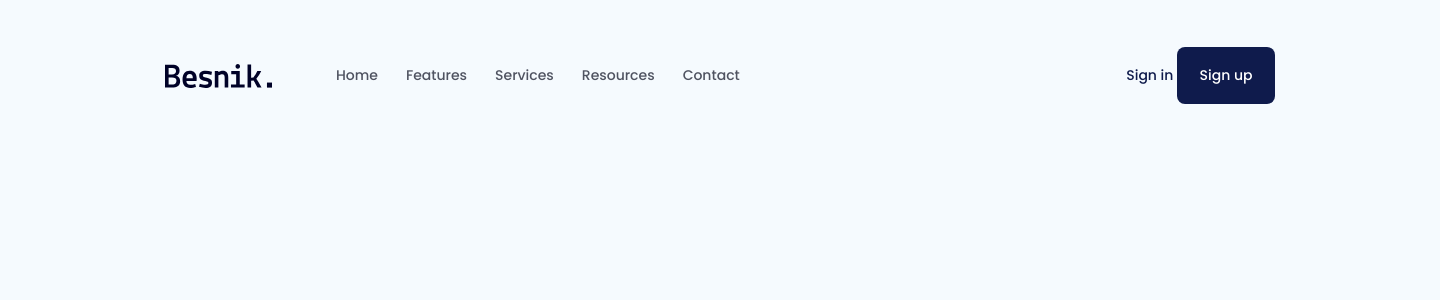
Repository: Tctiensk/f8-htmlcss-01
Page: index.html
The author's editor kept a copy of each file at every save. The page is drawn from the files as they stood at one save, then again after the next save.
The browser window is 1280 px wide. The page is 1440 px wide, so the pictures cover 1440 px, including what lies to the right of the window. The pictures show the whole page.

Above is the page before, as saved 2022-11-29 14:37:58.

### index.html
<!DOCTYPE html>
<html lang="en">
    <head>
        <meta charset="UTF-8" />
        <meta http-equiv="X-UA-Compatible" content="IE=edge" />
        <meta name="viewport" content="width=device-width, initial-scale=1.0" />
        <title>F8 PROJECT 01</title>
        <link rel="stylesheet" href="./assets/css/reset.css" />
        <link rel="stylesheet" href="./assets/fonts/stylesheet.css" />
        <link rel="stylesheet" href="./assets/css/style.css" />
    </head>

    <body>
        <main>
            <!-- header -->
            <header class="header">
                <div class="content">
                    <nav class="navbar">
                        <!-- logo -->
                        <img src="./assets/img/Logo.svg" alt="Besnik." />
                        <!-- navigation -->
                        <ul>
                            <li><a href="#!">Home</a></li>
                            <li><a href="#!">Features</a></li>
                            <li><a href="#!">Services</a></li>
                            <li><a href="#!">Resources</a></li>
                            <li><a href="#!">Contact</a></li>
                        </ul>

                        <!-- action -->
                        <div class="action">
                            <a href="" class="action-link">Sign in </a>
                            <a href="" class="btn action-btn">Sign up </a>
                        </div>
                    </nav>
                </div>
            </header>
        </main>
    </body>
</html>

### assets/fonts/stylesheet.css
@font-face {
    font-family: "Poppins";
    src: url("Poppins/Poppins-BoldItalic.woff2") format("woff2"),
        url("Poppins/Poppins-BoldItalic.woff") format("woff");
    font-weight: bold;
    font-style: italic;
    font-display: swap;
}

@font-face {
    font-family: "Poppins";
    src: url("Poppins/Poppins-ExtraBold.woff2") format("woff2"),
        url("Poppins/Poppins-ExtraBold.woff") format("woff");
    font-weight: bold;
    font-style: normal;
    font-display: swap;
}

@font-face {
    font-family: "Poppins";
    src: url("Poppins/Poppins-BlackItalic.woff2") format("woff2"),
        url("Poppins/Poppins-BlackItalic.woff") format("woff");
    font-weight: 900;
    font-style: italic;
    font-display: swap;
}

@font-face {
    font-family: "Poppins";
    src: url("Poppins/Poppins-ExtraBoldItalic.woff2") format("woff2"),
        url("Poppins/Poppins-ExtraBoldItalic.woff") format("woff");
    font-weight: bold;
    font-style: italic;
    font-display: swap;
}

@font-face {
    font-family: "Poppins";
    src: url("Poppins/Poppins-Bold.woff2") format("woff2"),
        url("Poppins/Poppins-Bold.woff") format("woff");
    font-weight: bold;
    font-style: normal;
    font-display: swap;
}

@font-face {
    font-family: "Poppins";
    src: url("Poppins/Poppins-Black.woff2") format("woff2"),
        url("Poppins/Poppins-Black.woff") format("woff");
    font-weight: 900;
    font-style: normal;
    font-display: swap;
}

@font-face {
    font-family: "Poppins";
    src: url("Poppins/Poppins-LightItalic.woff2") format("woff2"),
        url("Poppins/Poppins-LightItalic.woff") format("woff");
    font-weight: 300;
    font-style: italic;
    font-display: swap;
}

@font-face {
    font-family: "Poppins";
    src: url("Poppins/Poppins-Medium.woff2") format("woff2"),
        url("Poppins/Poppins-Medium.woff") format("woff");
    font-weight: 500;
    font-style: normal;
    font-display: swap;
}

@font-face {
    font-family: "Poppins";
    src: url("Poppins/Poppins-ExtraLightItalic.woff2") format("woff2"),
        url("Poppins/Poppins-ExtraLightItalic.woff") format("woff");
    font-weight: 200;
    font-style: italic;
    font-display: swap;
}

@font-face {
    font-family: "Poppins";
    src: url("Poppins/Poppins-Italic.woff2") format("woff2"),
        url("Poppins/Poppins-Italic.woff") format("woff");
    font-weight: normal;
    font-style: italic;
    font-display: swap;
}

@font-face {
    font-family: "Poppins";
    src: url("Poppins/Poppins-Light.woff2") format("woff2"),
        url("Poppins/Poppins-Light.woff") format("woff");
    font-weight: 300;
    font-style: normal;
    font-display: swap;
}

@font-face {
    font-family: "Poppins";
    src: url("Poppins/Poppins-ExtraLight.woff2") format("woff2"),
        url("Poppins/Poppins-ExtraLight.woff") format("woff");
    font-weight: 200;
    font-style: normal;
    font-display: swap;
}

@font-face {
    font-family: "Poppins";
    src: url("Poppins/Poppins-SemiBoldItalic.woff2") format("woff2"),
        url("Poppins/Poppins-SemiBoldItalic.woff") format("woff");
    font-weight: 600;
    font-style: italic;
    font-display: swap;
}

@font-face {
    font-family: "Poppins";
    src: url("Poppins/Poppins-Regular.woff2") format("woff2"),
        url("Poppins/Poppins-Regular.woff") format("woff");
    font-weight: normal;
    font-style: normal;
    font-display: swap;
}

@font-face {
    font-family: "Poppins";
    src: url("Poppins/Poppins-ThinItalic.woff2") format("woff2"),
        url("Poppins/Poppins-ThinItalic.woff") format("woff");
    font-weight: 100;
    font-style: italic;
    font-display: swap;
}
@font-face {
    font-family: "Poppins";
    src: url("Poppins/Poppins-MediumItalic.woff2") format("woff2"),
        url("Poppins/Poppins-MediumItalic.woff") format("woff");
    font-weight: 500;
    font-style: italic;
    font-display: swap;
}

@font-face {
    font-family: "Poppins";
    src: url("Poppins/Poppins-SemiBold.woff2") format("woff2"),
        url("Poppins/Poppins-SemiBold.woff") format("woff");
    font-weight: 600;
    font-style: normal;
    font-display: swap;
}

@font-face {
    font-family: "Poppins";
    src: url("Poppins/Poppins-Thin.woff2") format("woff2"),
        url("Poppins/Poppins-Thin.woff") format("woff");
    font-weight: 100;
    font-style: normal;
    font-display: swap;
}

### assets/css/style.css
* {
    box-sizing: border-box;
}

html {
    font-size: 62.5%;
}
body {
    font-size: 1.6rem;
    font-family: "Poppins", sans-serif;
}
/* common */
a {
    text-decoration: none;
}
.content {
    width: 1110px;
    margin-left: auto;
    margin-right: auto;
}
/* header */
.header {
    width: 1440px;
    height: 100vh;
    background-color: #f5fafe;
}
.navbar {
    display: flex;
    align-items: center;
    padding-top: 47px;
}
.navbar ul {
    display: flex;
    margin-left: 50px;
}
.navbar .action {
    margin-left: auto;
}
.navbar ul a {
    font-weight: 500;
    font-size: 1.4rem;
    line-height: 21px;
    color: #4f5361;
    padding: 8px 1.4rem;
}
.navbar .action-link {
    font-weight: 500;
    font-size: 1.4rem;
    line-height: 21px;
    color: #0f1b4c;
}
.btn {
    display: inline-block;
    min-width: 98px;
    padding: 18px 16px;
    background-color: #0f1b4c;
    border-radius: 8px;
    font-weight: 500;
    font-size: 1.4rem;
    line-height: 21px;
    text-align: center;
    color: #ffffff;
}
.btn .action-btn {
    padding: 13px 16px;
}

Loaded but not shown: assets/css/reset.css (common file)

After the next save:
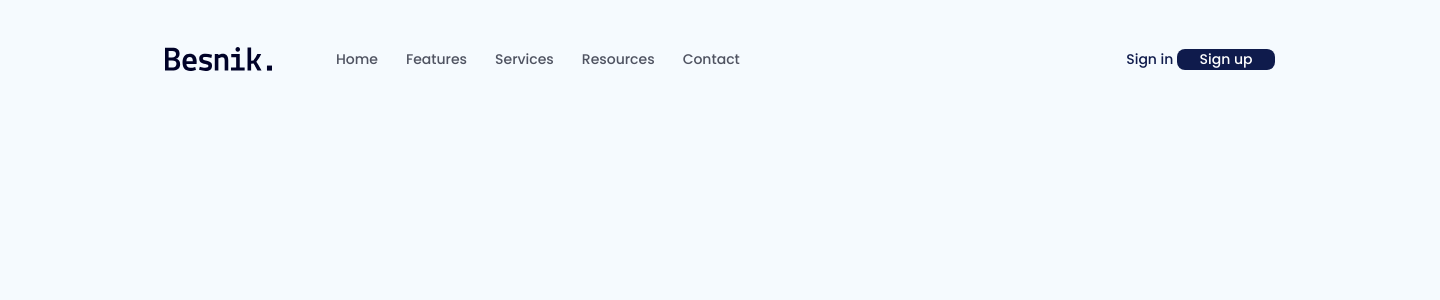
Saved 4 s later.
--- a/assets/css/style.css
+++ b/assets/css/style.css
@@ -52,7 +52,7 @@
 .btn {
     display: inline-block;
     min-width: 98px;
-    padding: 18px 16px;
+    /* padding: 18px 16px; */
     background-color: #0f1b4c;
     border-radius: 8px;
     font-weight: 500;

After the save that followed:
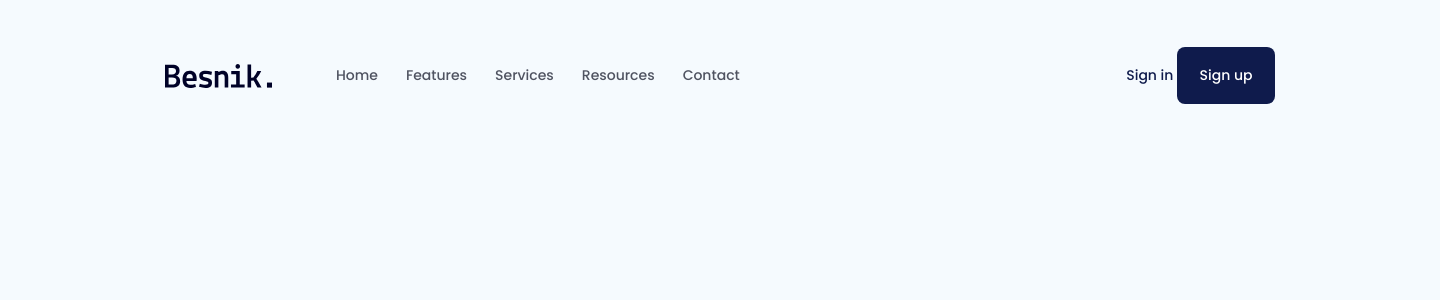
Saved 24 s later.
--- a/assets/css/style.css
+++ b/assets/css/style.css
@@ -52,7 +52,7 @@
 .btn {
     display: inline-block;
     min-width: 98px;
-    /* padding: 18px 16px; */
+    padding: 18px 16px;
     background-color: #0f1b4c;
     border-radius: 8px;
     font-weight: 500;
